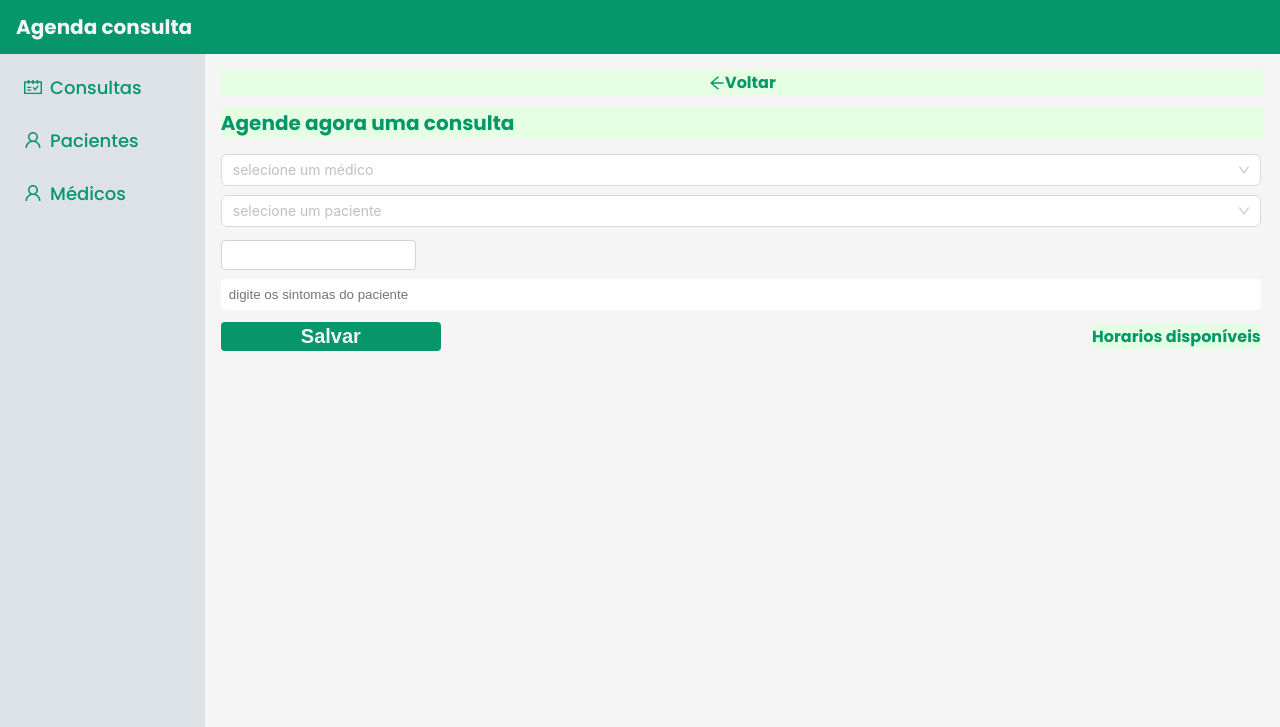
Repository: BarbaraCD/agendaconsulta
Page: /appointments/new
The author's editor kept a copy of each file at every save. The page is drawn from the files as they stood at one save, then again after the next save.
The browser window is 1280 px wide. The pictures show the whole page.
The page's requests for data from a server got no answer. The project was rebuilt for these pictures with package versions that can differ from the ones it lists, and the page was loaded fresh each time. No one was signed in, and anything a server would have sent is missing. Also part of the build but not shown: vite.config.ts, src/components/Calendar.tsx, src/components/InputPatient.tsx, src/styles/CreateContainer.ts, src/components/DoctorTable.tsx, src/components/PatientTable.tsx, src/components/InputDoctors.tsx.

Above is the page before, as saved 2023-08-29 16:21:21.

After the next save:
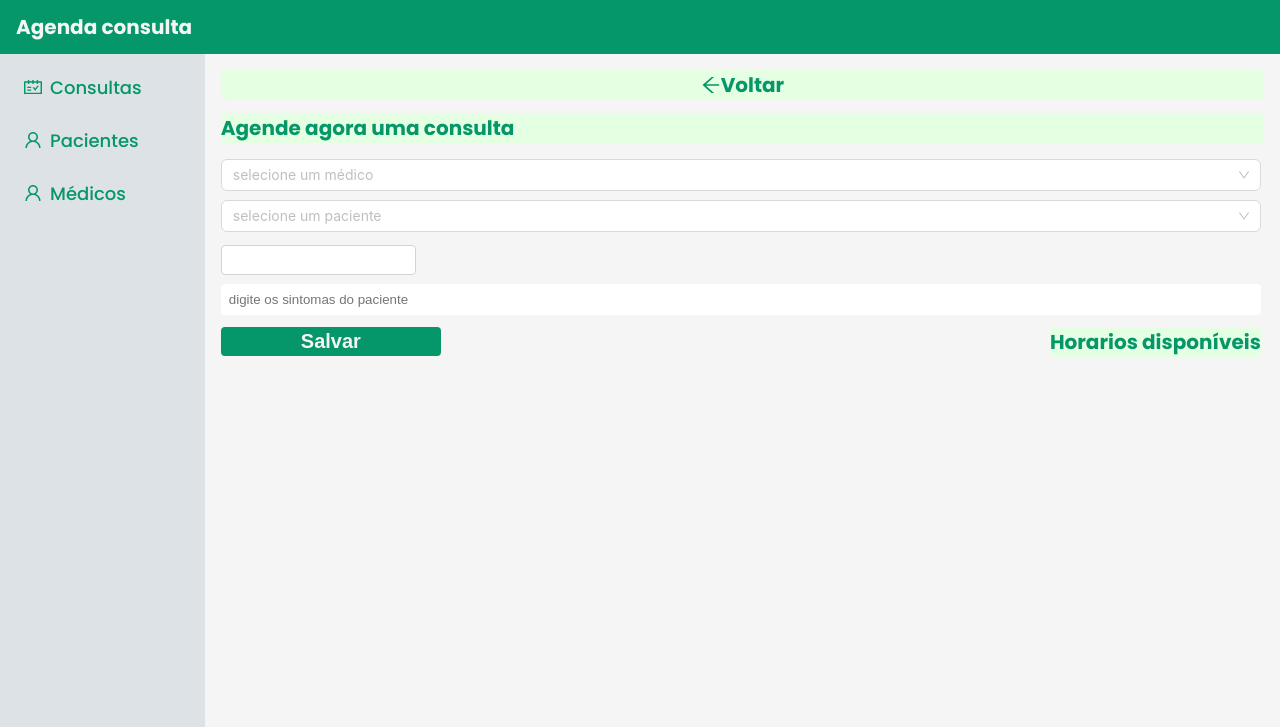
Saved 17 s later.
--- a/src/styles/InputContainer.ts
+++ b/src/styles/InputContainer.ts
@@ -78,6 +78,10 @@
   align-items: center;
   display: flex;
 
+  font-size: ${(props) => props.theme.size.xl};
+  font-weight: 600;
+  overflow: hidden;
+
   &:hover {
     color: ${(props) => props.theme.colors.gray};
     background-color: ${(props) => props.theme.colors.sbcolor};

After the save that followed:
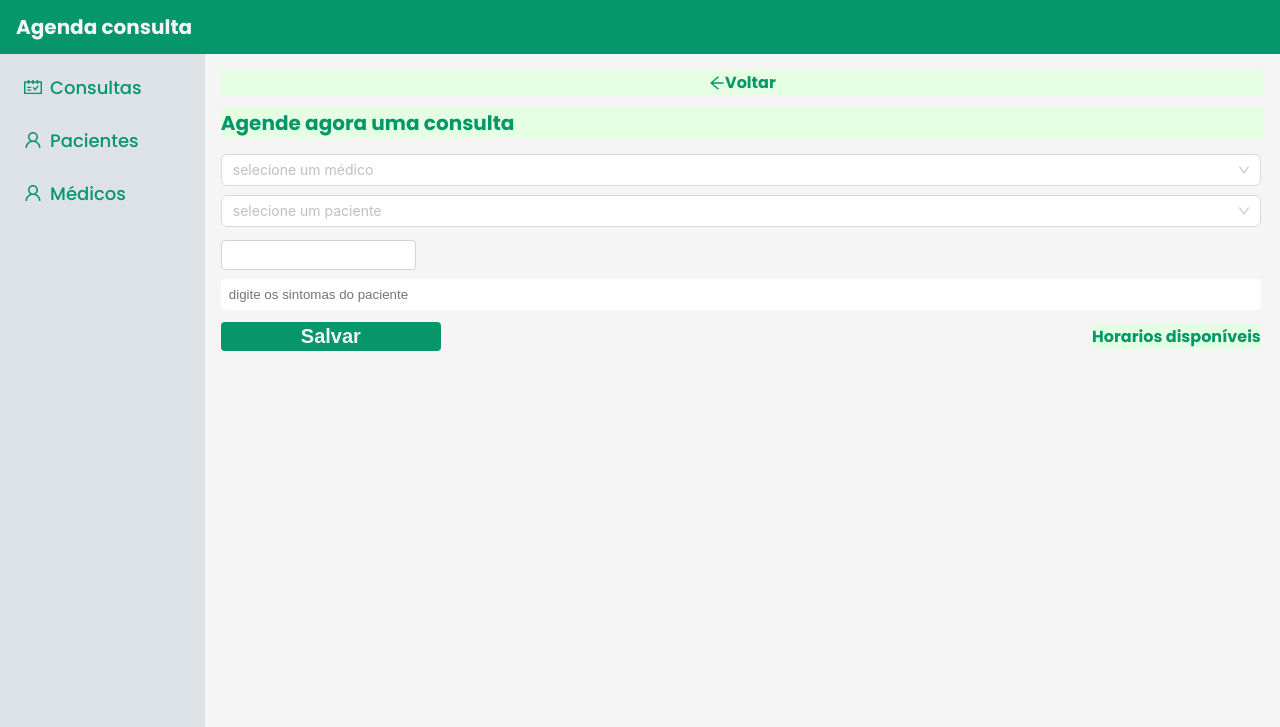
Saved 6 s later.
--- a/src/styles/InputContainer.ts
+++ b/src/styles/InputContainer.ts
@@ -78,9 +78,11 @@
   align-items: center;
   display: flex;
 
-  font-size: ${(props) => props.theme.size.xl};
-  font-weight: 600;
-  overflow: hidden;
+  p {
+    font-size: ${(props) => props.theme.size.xl};
+    font-weight: 600;
+    overflow: hidden;
+  }
 
   &:hover {
     color: ${(props) => props.theme.colors.gray};
